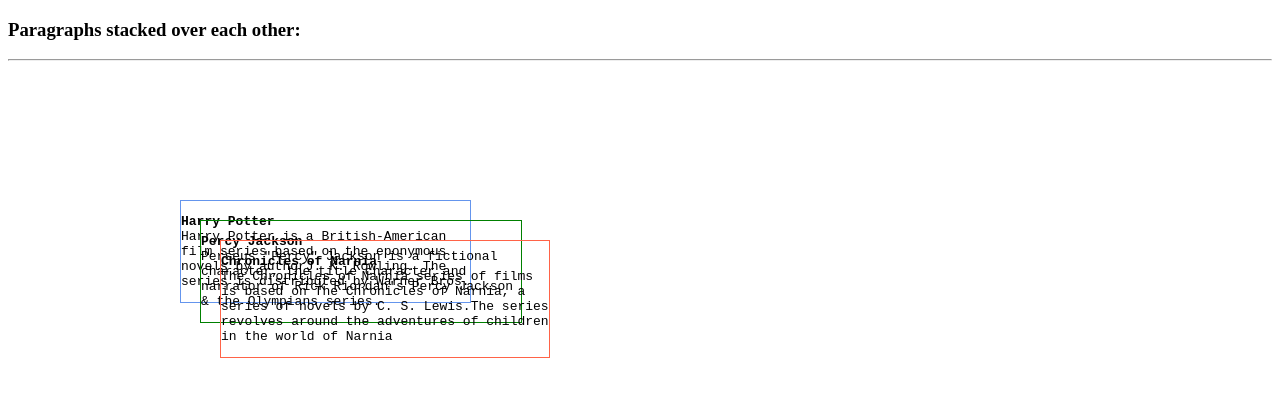
Repository: KrishnaSandeep79/WPS-Assignment
Page: WPS/WebContent/para.html
The author's editor kept a copy of each file at every save. The page is drawn from the files as they stood at one save, then again after the next save.
The browser window is 1280 px wide. The pictures show the whole page.

Above is the page before, as saved 2019-08-24 05:49:21.

After the next save:
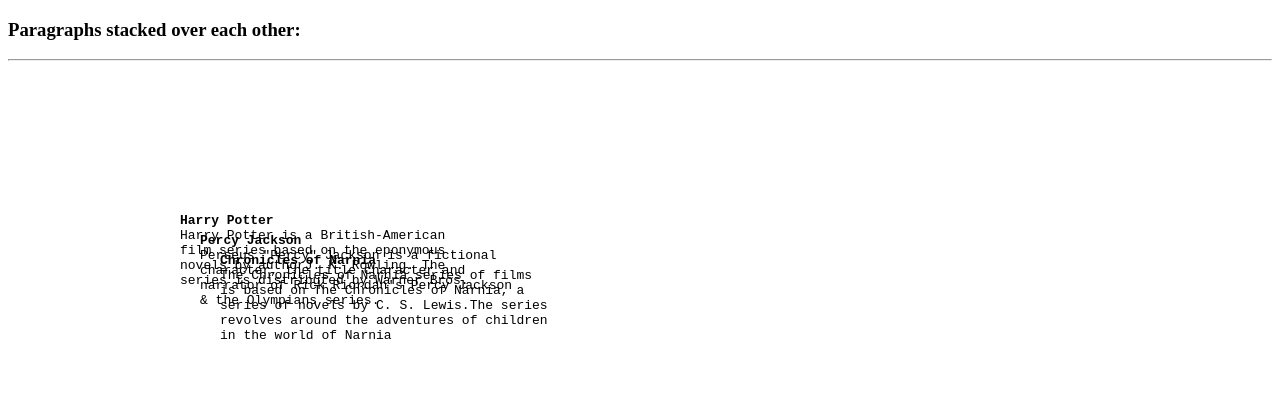
Saved 70 s later.
--- a/WPS/WebContent/para.html
+++ b/WPS/WebContent/para.html
@@ -7,17 +7,17 @@
 #first { position:absolute;
          top:200px;
          left:180px;
-         border:1px solid cornflowerblue;
+         <?--border:1px solid cornflowerblue;-->
          }
 #second { position:absolute;
          top:220px;
          left:200px;
-         border:1px solid green;
+         <?--border:1px solid green;-->
          }
 #third { position:absolute;
          top:240px;
          left:220px;
-         border:1px solid tomato;
+         <?--border:1px solid tomato;-->
          }
 
 </style>
